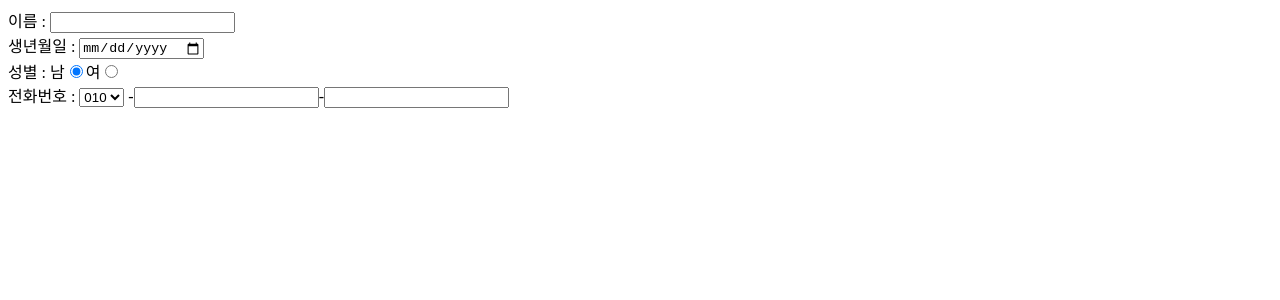
Repository: phoresis92/KITRI_JSP
Page: JSP_workspace/mvc_Subject/WebContent/SignUP.html
These files come from the project's save history. The page is drawn as it stood at one moment and after the next save; the edit follows.
The browser window is 1280 px wide. The pictures show the whole page.

Above is the page before, as saved 2018-12-19 06:21:14.

After the next save:
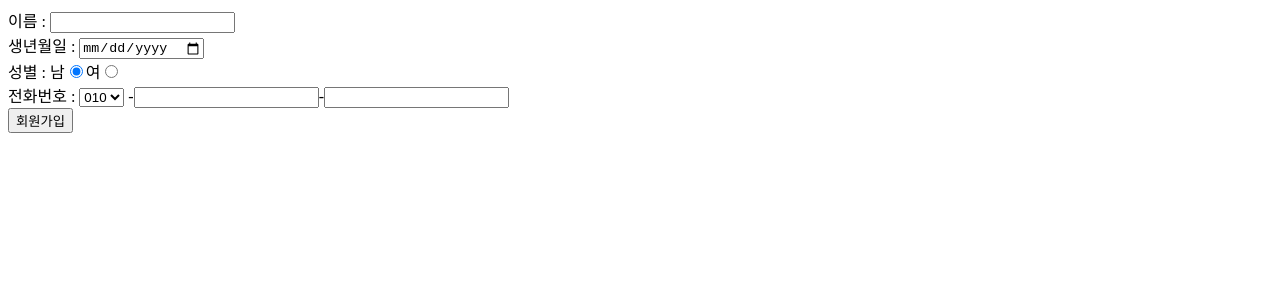
Saved 83 s later.
--- a/JSP_workspace/mvc_Subject/WebContent/SignUP.html
+++ b/JSP_workspace/mvc_Subject/WebContent/SignUP.html
@@ -5,7 +5,7 @@
 <title>회원가입 페이지</title>
 </head>
 <body>
-	<form action="">
+	<form action="regi.do">
 		<label for="name">이름 : </label><input type="text" name="name"> <br/>
 		<label for="birth">생년월일 : </label><input type="date" name="birth"> <br/>
 		<label for="gender">성별 : </label>남<input type="radio" name="name" value="M" checked="checked">여<input type="radio" name="name" value="F"> <br/>
@@ -16,6 +16,7 @@
 			<option value="016">016</option>
 		</select>
 		-<input type="text" name="phone" maxlength="4">-<input type="text" name="phone" maxlength="4"> <br/>
+		<input type="submit" value="회원가입">
 	</form>
 </body>
 </html>
